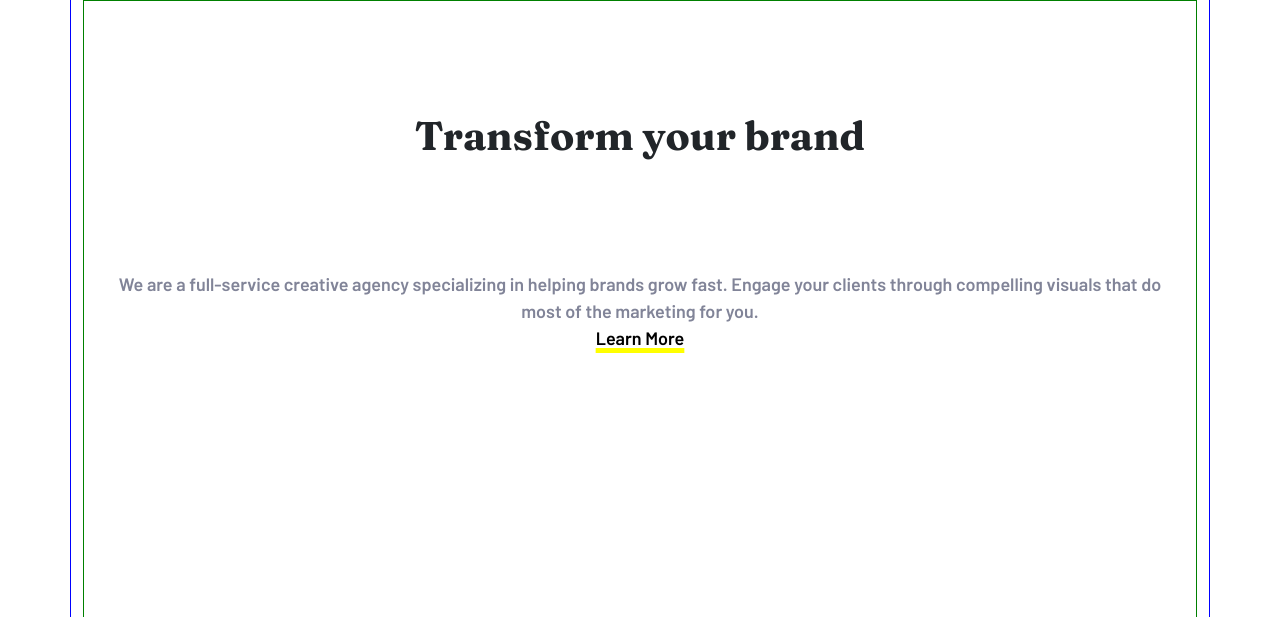
Repository: Roshanell/Sunny-Side-Agency
Page: index.html
These files come from the project's save history. The page is drawn as it stood at one moment and after the next save; the edit follows.
The browser window is 1280 px wide. The pictures show the part of the page from y = 1507 to 2124 px (the page is 8797 px tall before and 8674 px after).
Pictures or frames that could not be fetched are drawn as grey boxes.

Above is the page before, as saved 2022-07-03 17:40:32.

After the next save:
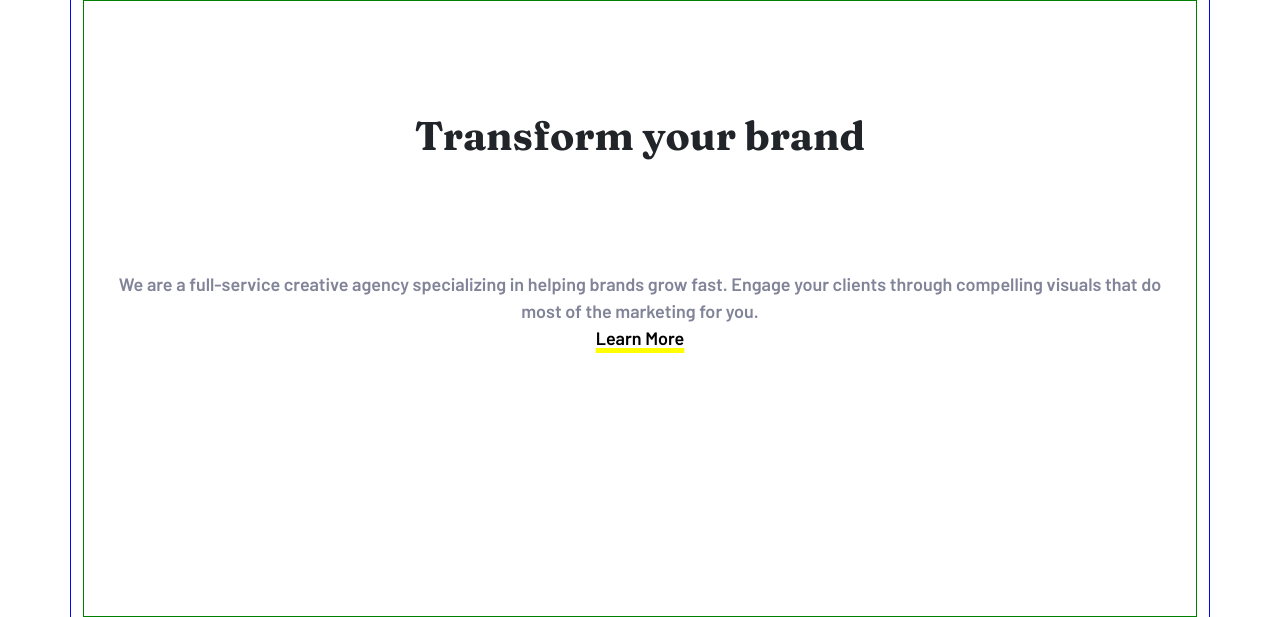
Saved 115 s later.
--- a/css/style.css
+++ b/css/style.css
@@ -190,7 +190,7 @@ span a {
   border: solid 1px blue;
   display: grid;
   grid-template-columns: 1fr;
-  grid-template-rows: 1.439fr 1fr 1.2fr 1fr 1.2fr 1.58fr 1.58fr 1fr 1fr 1fr 1fr;
+  grid-template-rows: 1.439fr 1fr 1fr 1fr 1.2fr 1.58fr 1.58fr 1fr 1fr 1fr 1fr;
   gap: 0px 0px;
   grid-auto-flow: column dense;
   grid-template-areas:
